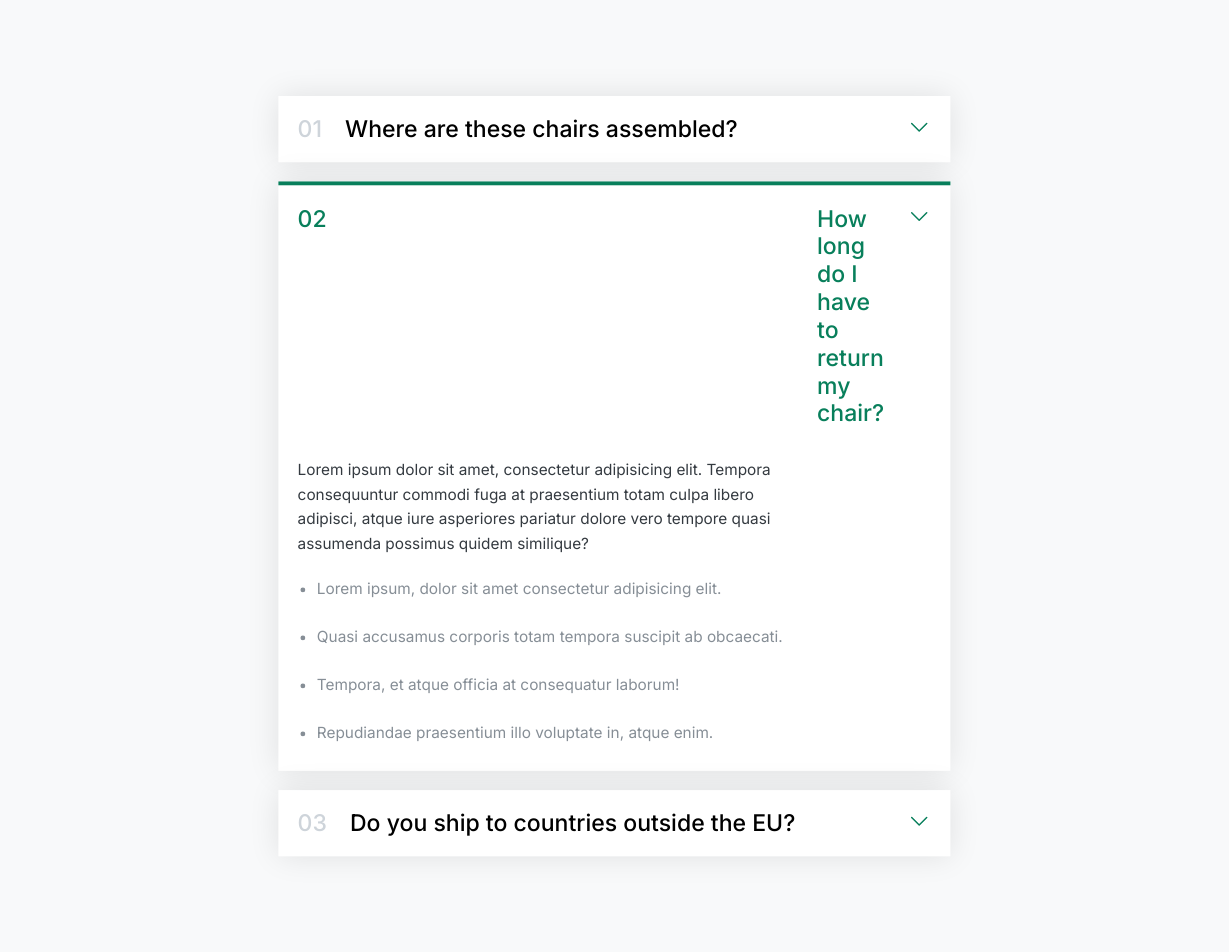
Repository: Ahmed123rezk123/06-Components
Page: accordion.html
The author's editor kept a copy of each file at every save. The page is drawn from the files as they stood at one save, then again after the next save.
The browser window is 1280 px wide. The pictures show the whole page, at 96% of full size.

Above is the page before, as saved 2024-09-16 03:07:24.

After the next save:
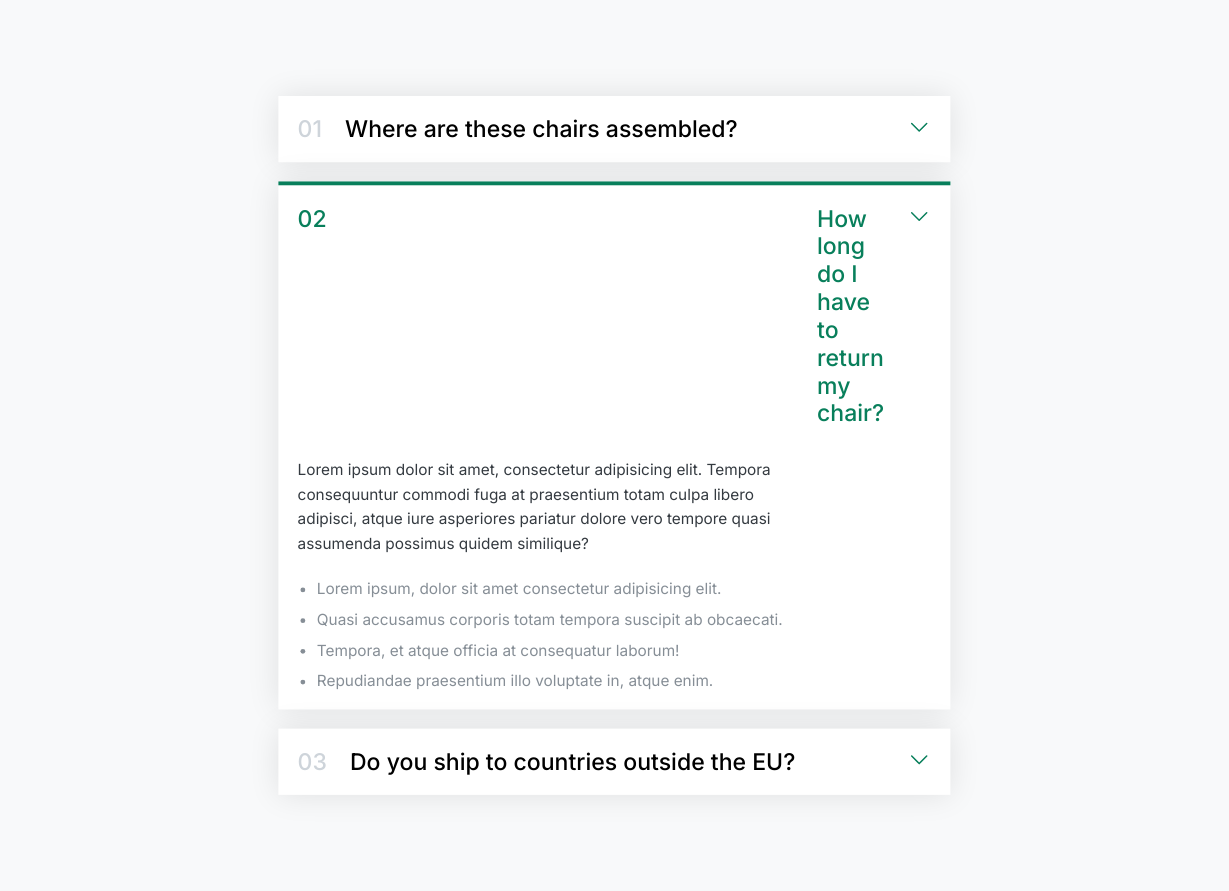
Saved 9 s later.
--- a/accordion.css
+++ b/accordion.css
@@ -57,9 +57,9 @@ body {
   margin-left: 20px;
   display: flex;
   flex-direction: column;
-  gap: 20px;
+  gap: 12px;
 }
-
+/*
 .hidden-box li {
   margin-bottom: 10px;
-}
+} */
